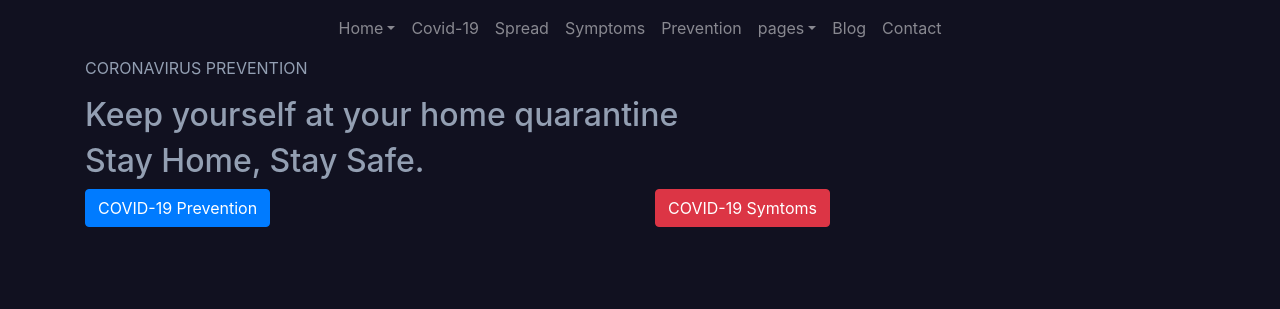
Repository: sitikhusushan/corona_updates
Page: index.html
An editor plug-in stored every save of this project. The page is shown before and after the next save, followed by the edit.
The browser window is 1280 px wide. The pictures show the whole page.

Above is the page before, as saved 2020-06-04 12:39:46.

### index.html
<!DOCTYPE html>
<html lang="en">
  <head>
    <meta charset="UTF-8" />
    <meta name="viewport" content="width=device-width, initial-scale=1.0" />
    <link rel="stylesheet" href="css/bootstrap.css" />
    <link rel="stylesheet" href="style.css" />
    <title>Covid-19</title>
  </head>
  <body>
    <header>
      <nav class="navbar navbar-expand-lg navbar-dark">
        <!-- <div class="container"> -->
        <!-- <div class="row">
          <div class="col-md-2 col-sm-2">
            <img src="image/logo-white.png" alt="coronavirus_logo" />
          </div>
          <div class="col-md-1 col-sm">
            <div class="dropdown">
              <button
                type="button"
                class="btn btn-danger dropdown-toggle"
                data-toggle="dropdown"
              >
                Home
              </button>
              <div class="dropdown-menu">
                <a class="dropdown-item" href="#">akjf</a>
                <a class="dropdown-item" href="#">alkdf</a>
                <a class="dropdown-item" href="#">akfjl</a>
                <a class="dropdown-item" href="#">ahdfjk</a>
                <a class="dropdown-item" href="#">ajlkdf</a>
                <a class="dropdown-item" href="#">kjahdf</a>
              </div>
            </div>
          </div>
          <div class="col-md-1 col-sm">
            COVID-19
          </div>
          <div class="col-md-1 col-sm">
            Spread
          </div>
          <div class="col-md-1 col-sm">
            Symptoms
          </div>
          <div class="col-md-1 col-sm">
            Prevention
          </div>
          <div class="col-md-1 col-sm">
            <div class="dropdown">
              <button
                type="button"
                class="btn btn-danger dropdown-toggle"
                data-toggle="dropdown"
              >
                Pages
              </button>
              <div class="dropdown-menu">
                <a class="dropdown-item" href="#"></a>
                <a class="dropdown-item" href="#"></a>
                <a class="dropdown-item" href="#"></a>
                <a class="dropdown-item" href="#"></a>
              </div>
            </div>
          </div>
          <div class="col-md-1 col-sm">Blog</div>
          <div class="col-md-1 col-sm">Contact</div>
          <div class="col-md-2 col-sm-2">
            <button class="btn btn-primary" type="button">Online Help</button>
          </div>
        </div> -->
        <div class="collapse navbar-collapse">
          <ul class="navbar-nav mx-auto">
            <li class="nav-item dropdown">
              <a
                class="nav-link dropdown-toggle"
                href="#"
                data-toggle="dropdown"
                aria-expanded="false"
                >Home</a
              >
              <div class="dropdown-menu">
                <a class="dropdown-item" href="#">Home one</a>
                <a class="dropdown-item" href="#">Home one dark</a>
                <a class="dropdown-item" href="#">Home two</a>
                <a class="dropdown-item" href="#">Home two dark</a>
                <a class="dropdown-item" href="#">Home three</a>
                <a class="dropdown-item" href="#">Home three dark</a>
              </div>
            </li>
            <li class="nav-item">
              <a class="nav-link" href="#">Covid-19</a>
            </li>
            <li class="nav-item">
              <a class="nav-link" href="#">Spread</a>
            </li>
            <li class="nav-item">
              <a class="nav-link" href="#">Symptoms</a>
            </li>
            <li class="nav-item">
              <a class="nav-link" href="#">Prevention</a>
            </li>
            <li class="nav-item dropdown">
              <a
                class="nav-link dropdown-toggle"
                href="#"
                data-toggle="dropdown"
                aria-expanded="false"
                >pages</a
              >
              <div class="dropdown-menu">
                <a class="dropdown-item" href="#">Blog</a>
                <a class="dropdown-item" href="#">Article</a>
                <a class="dropdown-item" href="#">Contact</a>
                <a class="dropdown-item" href="#">Outbrek news</a>
              </div>
            </li>
            <li class="nav-item">
              <a class="nav-link" href="#">Blog</a>
            </li>
            <li class="nav-item">
              <a class="nav-link" href="#">Contact</a>
            </li>
          </ul>
        </div>
        <!-- </div> -->
      </nav>
    </header>
    <div class="banner">
      <div class="container">
        <p>CORONAVIRUS PREVENTION</p>
        <h2>Keep yourself at your home quarantine</h2>
        <h2>Stay Home, Stay Safe.</h2>
        <div class="row">
          <div class="col-md-6">
            <button class="btn btn-primary" type="button">
              COVID-19 Prevention
            </button>
          </div>
          <div class="col-md">
            <button class="btn btn-danger" type="button">
              COVID-19 Symtoms
            </button>
          </div>
        </div>
      </div>
    </div>
  </body>
</html>
<script src="https://code.jquery.com/jquery-3.5.1.js"></script>
<script src="js/bootstrap.js"></script>

### style.css
body {
  background-color: #111120;
  color: #939fb2;
}

@font-face {
  font-family: "Barlow";
  src: url("font/Barlow-Black.woff2") format("woff2"),
    url("font/Barlow-Black.woff") format("woff"),
    url("font/Barlow-Black.svg#Barlow-Black") format("svg");
  font-weight: 900;
  font-style: normal;
}

@font-face {
  font-family: "Barlow";
  src: url("font/Barlow-Light.woff2") format("woff2"),
    url("font/Barlow-Light.woff") format("woff"),
    url("font/Barlow-Light.svg#Barlow-Light") format("svg");
  font-weight: 300;
  font-style: normal;
}

@font-face {
  font-family: "Barlow";
  src: url("font/Barlow-Medium.woff2") format("woff2"),
    url("font/Barlow-Medium.woff") format("woff"),
    url("font/Barlow-Medium.svg#Barlow-Medium") format("svg");
  font-weight: 500;
  font-style: normal;
}

@font-face {
  font-family: "Barlow";
  src: url("font/Barlow-ExtraBold.woff2") format("woff2"),
    url("font/Barlow-ExtraBold.woff") format("woff"),
    url("font/Barlow-ExtraBold.svg#Barlow-ExtraBold") format("svg");
  font-weight: 800;
  font-style: normal;
}

@font-face {
  font-family: "Barlow";
  src: url("font/Barlow-SemiBold.woff2") format("woff2"),
    url("font/Barlow-SemiBold.woff") format("woff"),
    url("font/Barlow-SemiBold.svg#Barlow-SemiBold") format("svg");
  font-weight: 600;
  font-style: normal;
}

@font-face {
  font-family: "Barlow";
  src: url("font/Barlow-Regular.woff2") format("woff2"),
    url("font/Barlow-Regular.woff") format("woff"),
    url("font/Barlow-Regular.svg#Barlow-Regular") format("svg");
  font-weight: normal;
  font-style: normal;
}

@font-face {
  font-family: "Barlow";
  src: url("font/Barlow-Thin.woff2") format("woff2"),
    url("font/Barlow-Thin.woff") format("woff"),
    url("font/Barlow-Thin.svg#Barlow-Thin") format("svg");
  font-weight: 100;
  font-style: normal;
}

@font-face {
  font-family: "Barlow";
  src: url("font/Barlow-Bold.woff2") format("woff2"),
    url("font/Barlow-Bold.woff") format("woff"),
    url("font/Barlow-Bold.svg#Barlow-Bold") format("svg");
  font-weight: bold;
  font-style: normal;
}

@font-face {
  font-family: "Barlow";
  src: url("font/Barlow-ExtraLight.woff2") format("woff2"),
    url("font/Barlow-ExtraLight.woff") format("woff"),
    url("font/Barlow-ExtraLight.svg#Barlow-ExtraLight") format("svg");
  font-weight: 200;
  font-style: normal;
}

Loaded but not shown: css/bootstrap.css (library); js/bootstrap.js (library)

After the next save:
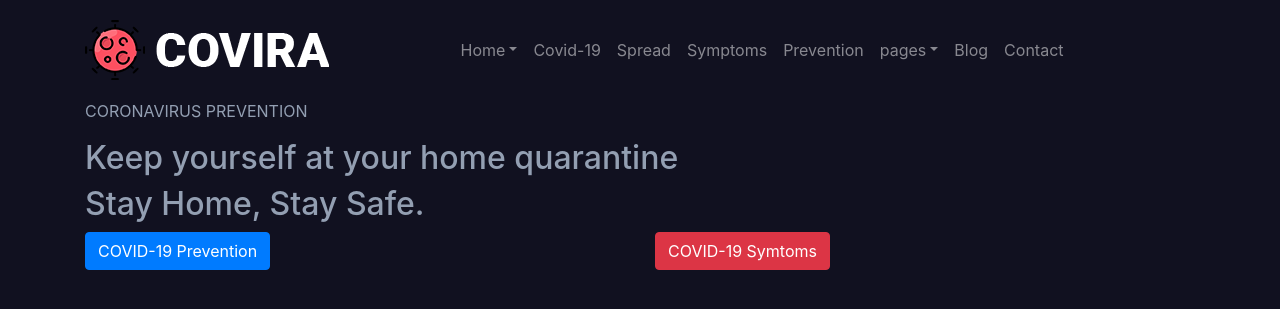
Saved 60 s later.
--- a/index.html
+++ b/index.html
@@ -10,8 +10,9 @@
   <body>
     <header>
       <nav class="navbar navbar-expand-lg navbar-dark">
-        <!-- <div class="container"> -->
-        <!-- <div class="row">
+        <div class="container">
+          <img src="image/logo-white.png" alt="coronavirus_logo" />
+          <!-- <div class="row">
           <div class="col-md-2 col-sm-2">
             <img src="image/logo-white.png" alt="coronavirus_logo" />
           </div>
@@ -69,61 +70,61 @@
             <button class="btn btn-primary" type="button">Online Help</button>
           </div>
         </div> -->
-        <div class="collapse navbar-collapse">
-          <ul class="navbar-nav mx-auto">
-            <li class="nav-item dropdown">
-              <a
-                class="nav-link dropdown-toggle"
-                href="#"
-                data-toggle="dropdown"
-                aria-expanded="false"
-                >Home</a
-              >
-              <div class="dropdown-menu">
-                <a class="dropdown-item" href="#">Home one</a>
-                <a class="dropdown-item" href="#">Home one dark</a>
-                <a class="dropdown-item" href="#">Home two</a>
-                <a class="dropdown-item" href="#">Home two dark</a>
-                <a class="dropdown-item" href="#">Home three</a>
-                <a class="dropdown-item" href="#">Home three dark</a>
-              </div>
-            </li>
-            <li class="nav-item">
-              <a class="nav-link" href="#">Covid-19</a>
-            </li>
-            <li class="nav-item">
-              <a class="nav-link" href="#">Spread</a>
-            </li>
-            <li class="nav-item">
-              <a class="nav-link" href="#">Symptoms</a>
-            </li>
-            <li class="nav-item">
-              <a class="nav-link" href="#">Prevention</a>
-            </li>
-            <li class="nav-item dropdown">
-              <a
-                class="nav-link dropdown-toggle"
-                href="#"
-                data-toggle="dropdown"
-                aria-expanded="false"
-                >pages</a
-              >
-              <div class="dropdown-menu">
-                <a class="dropdown-item" href="#">Blog</a>
-                <a class="dropdown-item" href="#">Article</a>
-                <a class="dropdown-item" href="#">Contact</a>
-                <a class="dropdown-item" href="#">Outbrek news</a>
-              </div>
-            </li>
-            <li class="nav-item">
-              <a class="nav-link" href="#">Blog</a>
-            </li>
-            <li class="nav-item">
-              <a class="nav-link" href="#">Contact</a>
-            </li>
-          </ul>
+          <div class="collapse navbar-collapse">
+            <ul class="navbar-nav mx-auto">
+              <li class="nav-item dropdown">
+                <a
+                  class="nav-link dropdown-toggle"
+                  href="#"
+                  data-toggle="dropdown"
+                  aria-expanded="false"
+                  >Home</a
+                >
+                <div class="dropdown-menu">
+                  <a class="dropdown-item" href="#">Home one</a>
+                  <a class="dropdown-item" href="#">Home one dark</a>
+                  <a class="dropdown-item" href="#">Home two</a>
+                  <a class="dropdown-item" href="#">Home two dark</a>
+                  <a class="dropdown-item" href="#">Home three</a>
+                  <a class="dropdown-item" href="#">Home three dark</a>
+                </div>
+              </li>
+              <li class="nav-item">
+                <a class="nav-link" href="#">Covid-19</a>
+              </li>
+              <li class="nav-item">
+                <a class="nav-link" href="#">Spread</a>
+              </li>
+              <li class="nav-item">
+                <a class="nav-link" href="#">Symptoms</a>
+              </li>
+              <li class="nav-item">
+                <a class="nav-link" href="#">Prevention</a>
+              </li>
+              <li class="nav-item dropdown">
+                <a
+                  class="nav-link dropdown-toggle"
+                  href="#"
+                  data-toggle="dropdown"
+                  aria-expanded="false"
+                  >pages</a
+                >
+                <div class="dropdown-menu">
+                  <a class="dropdown-item" href="#">Blog</a>
+                  <a class="dropdown-item" href="#">Article</a>
+                  <a class="dropdown-item" href="#">Contact</a>
+                  <a class="dropdown-item" href="#">Outbrek news</a>
+                </div>
+              </li>
+              <li class="nav-item">
+                <a class="nav-link" href="#">Blog</a>
+              </li>
+              <li class="nav-item">
+                <a class="nav-link" href="#">Contact</a>
+              </li>
+            </ul>
+          </div>
         </div>
-        <!-- </div> -->
       </nav>
     </header>
     <div class="banner">
